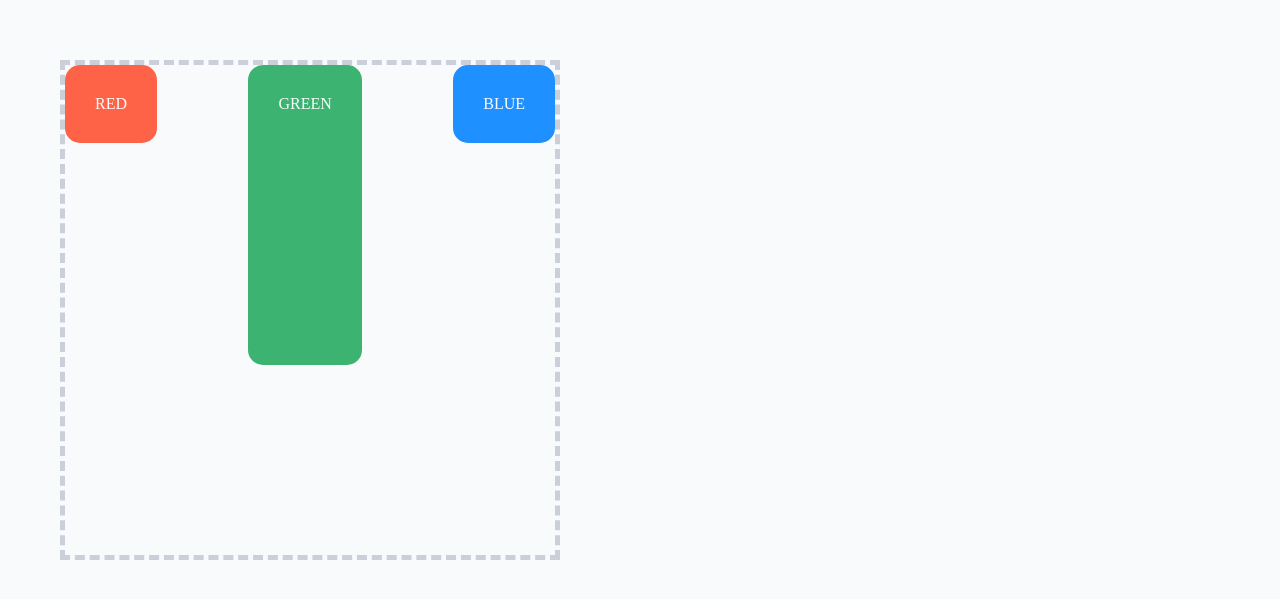
Repository: skybluelion/KB
Page: KB/work05_front/front03_css3_layout/src/main/webapp/css03_flexbox3.html
An editor plug-in stored every save of this project. The page is shown before and after the next save, followed by the edit.
The browser window is 1280 px wide. The pictures show the whole page.

Above is the page before, as saved 2023-04-10 06:59:52.

After the next save:
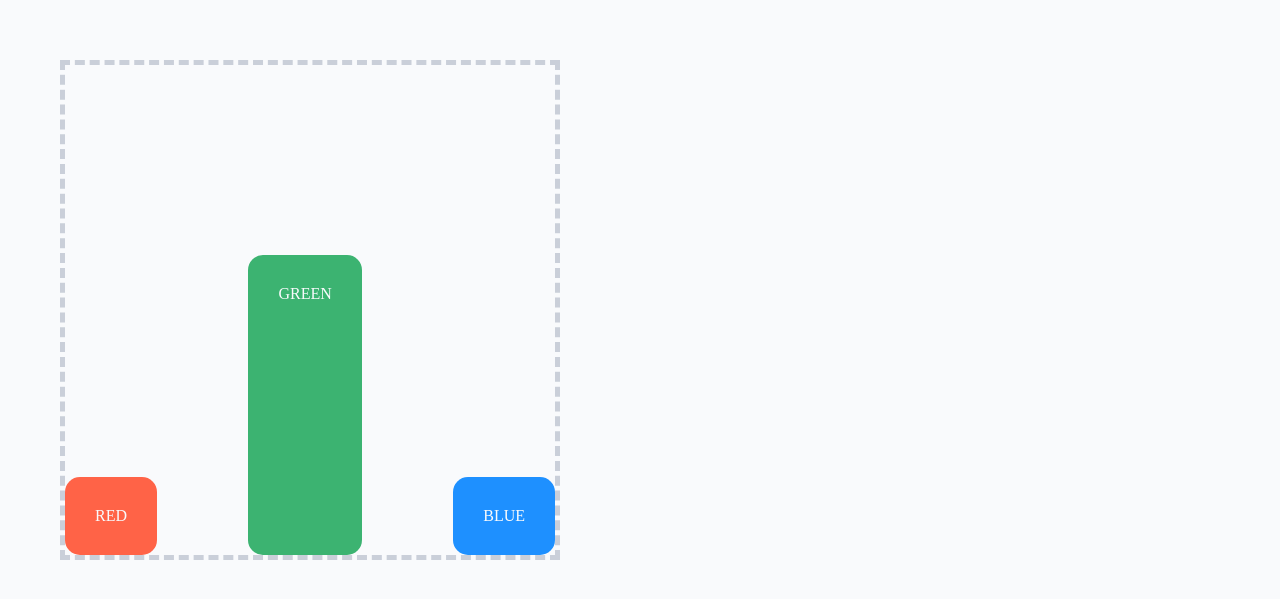
Saved 7 s later.
--- a/KB/work05_front/front03_css3_layout/src/main/webapp/css03_flexbox3.html
+++ b/KB/work05_front/front03_css3_layout/src/main/webapp/css03_flexbox3.html
@@ -31,7 +31,7 @@ justify-content
 		justify-content: space-between;
 
 		/* 교차 축 정렬은 align-items */
-		align-items: flex-start;
+		align-items: flex-end;
 
 	}
 	.box{
